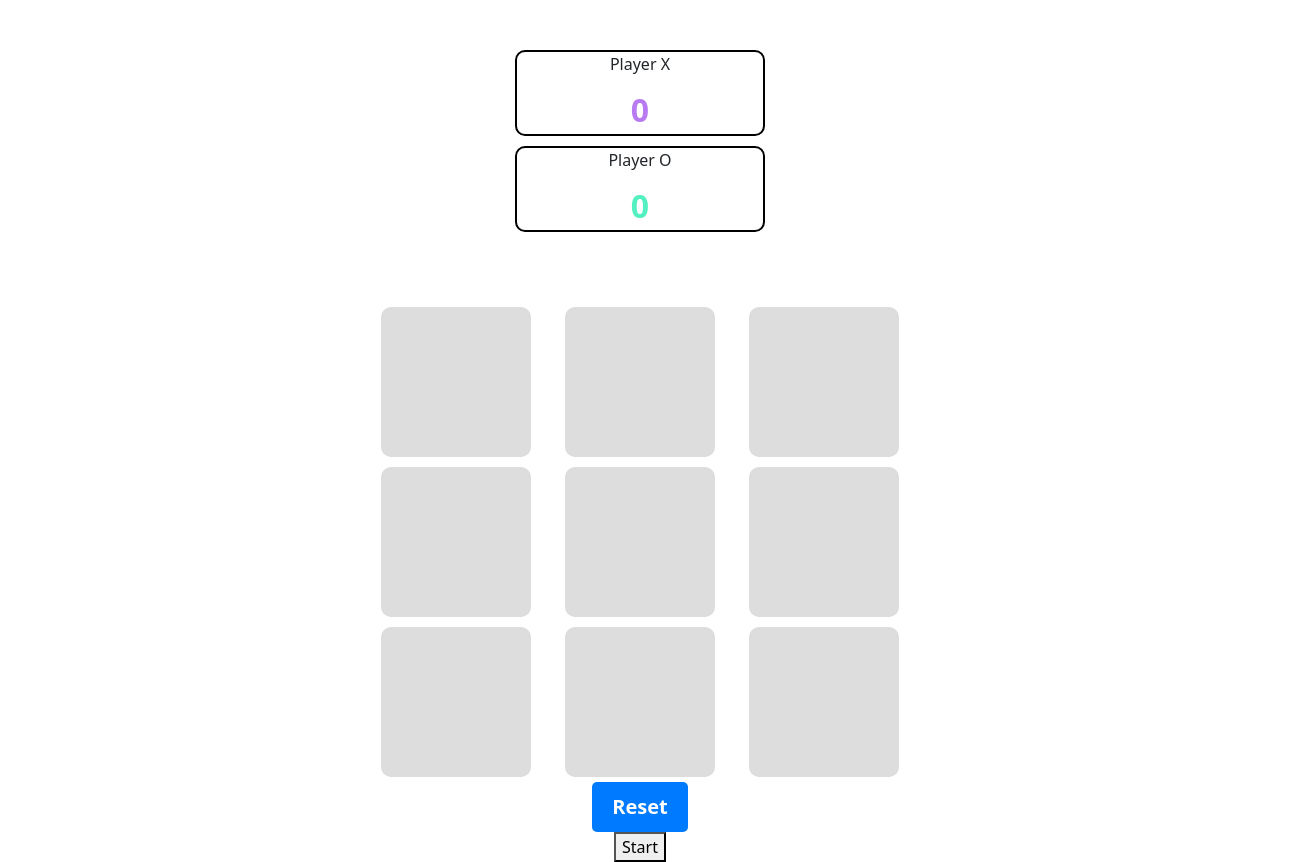
Repository: woodsdeshe/Tic-Tac-Toe
Page: index.html
These files come from the project's save history. The page is drawn as it stood at one moment and after a run of saves; the edit follows.
The browser window is 1280 px wide. The page is 1292 px wide, so the pictures cover 1292 px, including what lies to the right of the window. The pictures show the whole page.

Above is the page before, as saved 2023-03-31 21:11:18.

After the next 4 saves:
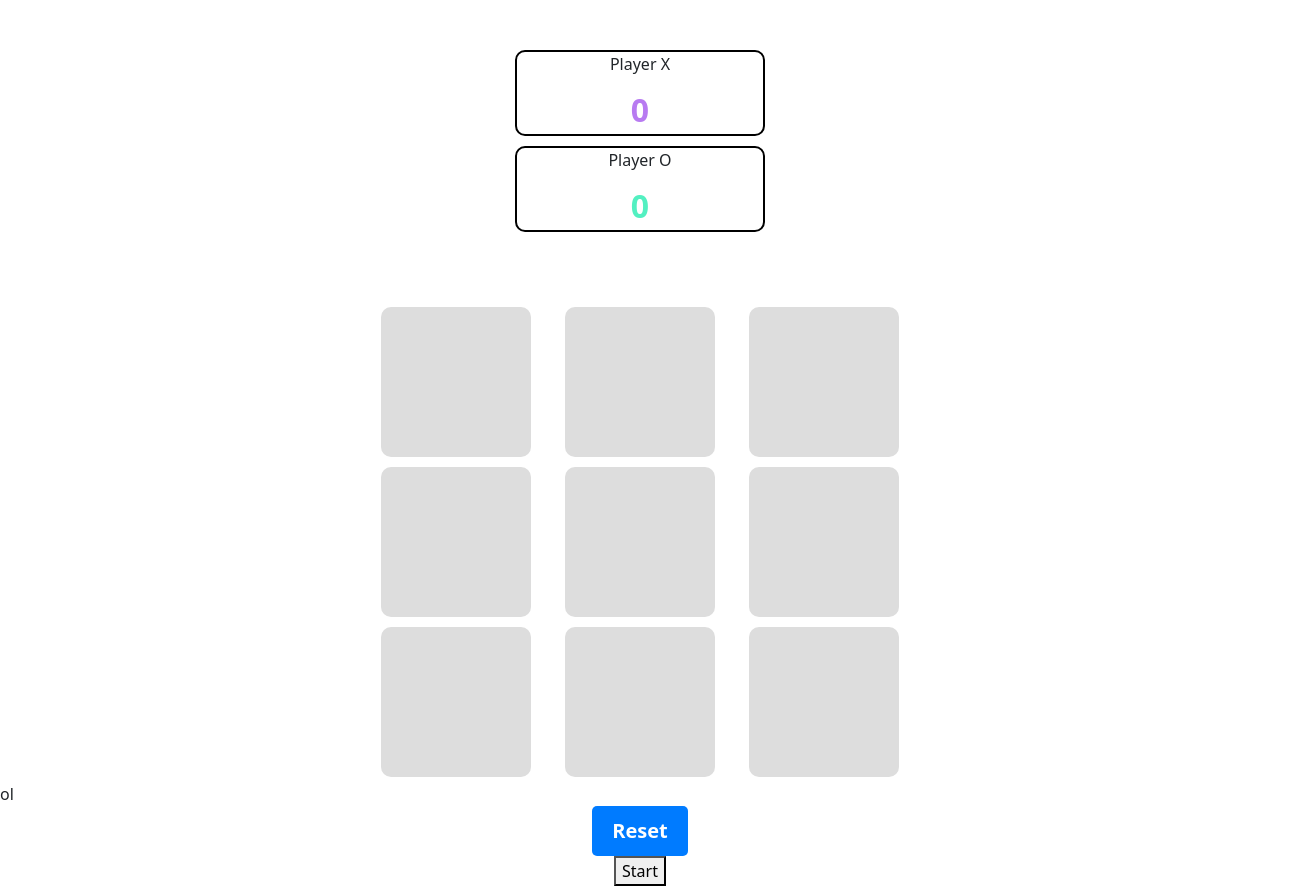
The 4 saves are shown as one change because they came seconds apart.
The last was saved 14 s later.
--- a/index.html
+++ b/index.html
@@ -63,6 +63,7 @@
       </div>
       </div>
       <div class="row">
+        <div></div>.col
         <div class="reset">
           <button class="reset-btn">Reset</button>
         </div>

After the save that followed:
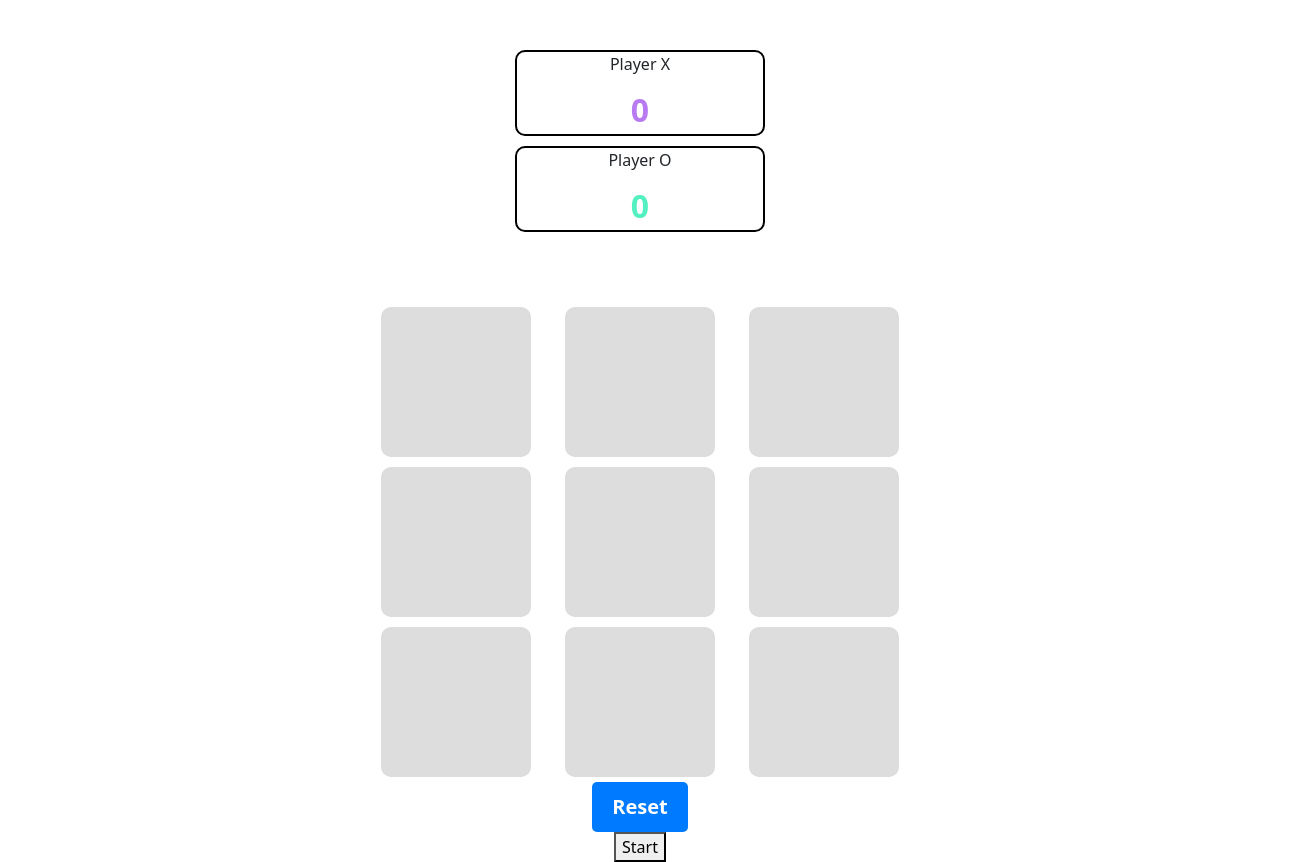
Saved 5 s later.
--- a/index.html
+++ b/index.html
@@ -63,7 +63,7 @@
       </div>
       </div>
       <div class="row">
-        <div></div>.col
+        <div class="col"></div>
         <div class="reset">
           <button class="reset-btn">Reset</button>
         </div>
